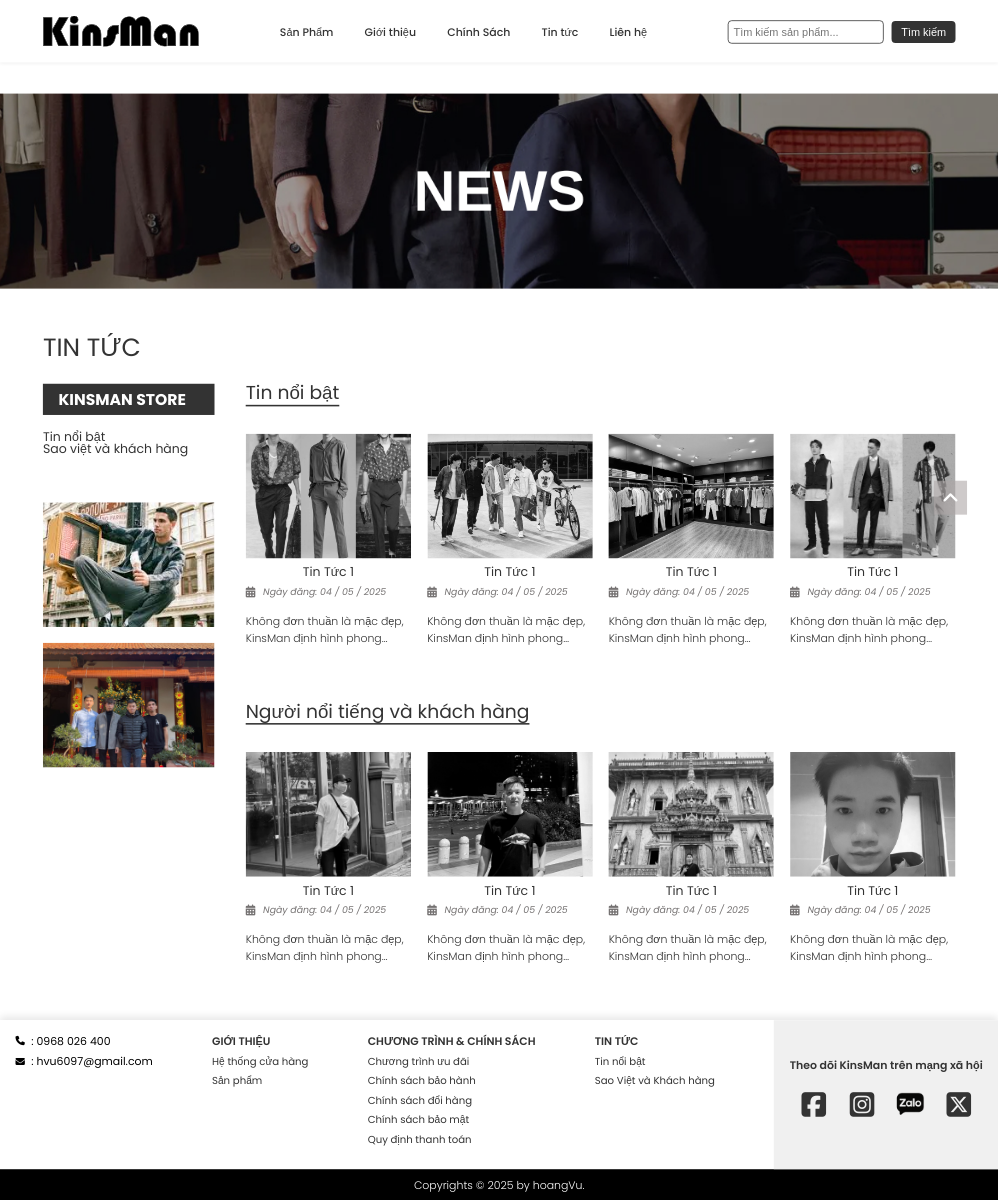
Repository: hoang28092000/kinsmanClothes
Page: category/news.html
The author's editor kept a copy of each file at every save. The page is drawn from the files as they stood at one save, then again after a run of saves.
The browser window is 1280 px wide. The pictures show the whole page, at 78% of full size.

Above is the page before, as saved 2025-05-08 13:07:52.
Console error: TypeError: Cannot read properties of null (reading 'addEventListener')

After the next 2 saves:
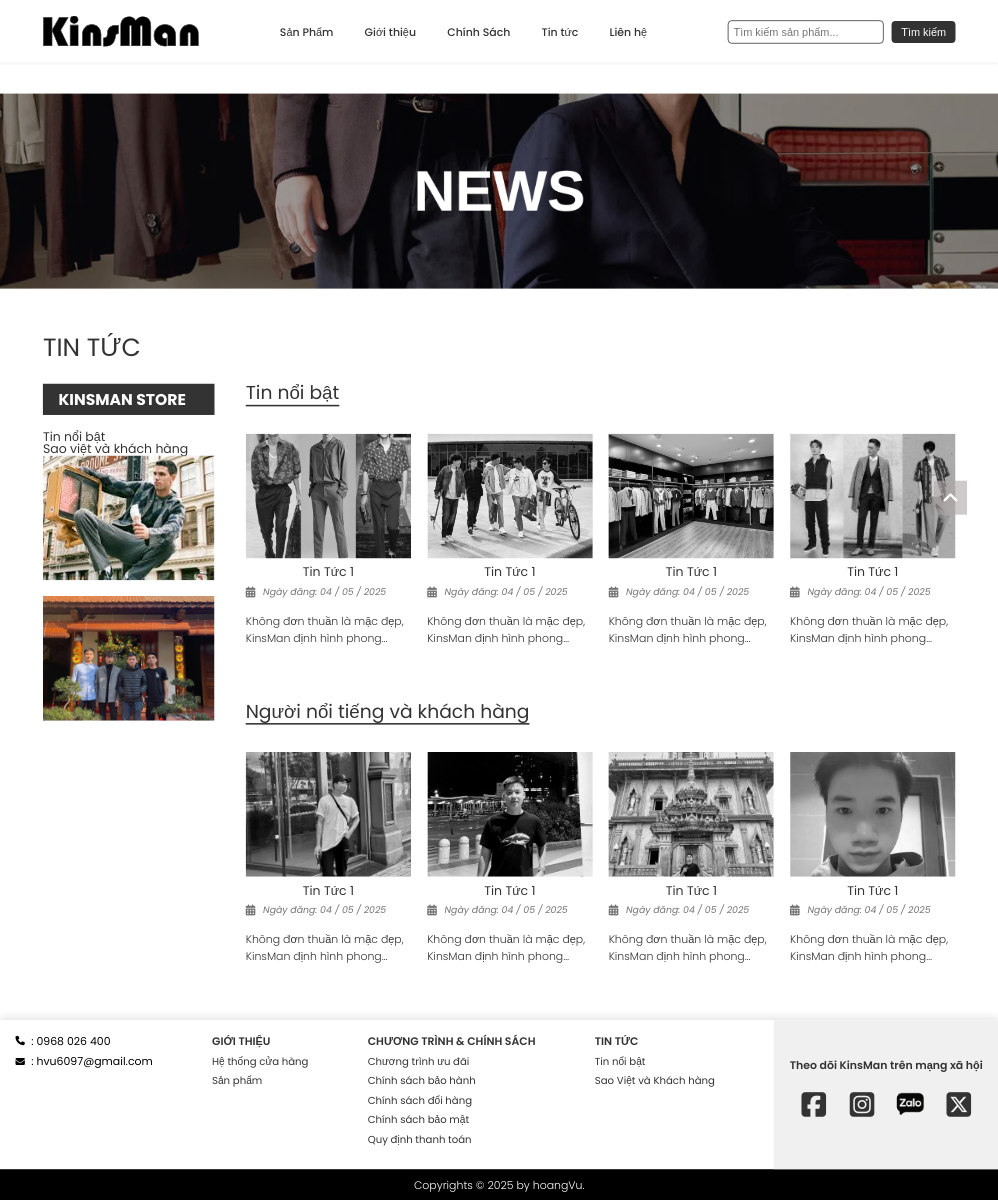
The 2 saves are shown as one change because they came seconds apart.
The last was saved 9 s later.
--- a/css/product.css
+++ b/css/product.css
@@ -238,9 +238,7 @@
   padding: 10px 20px;
   margin-bottom: 20px;
 }
-.content-news .left p:last-of-type {
-  margin-bottom: 60px;
-}
+
 
 .content-news .left a {
   text-decoration: none;
